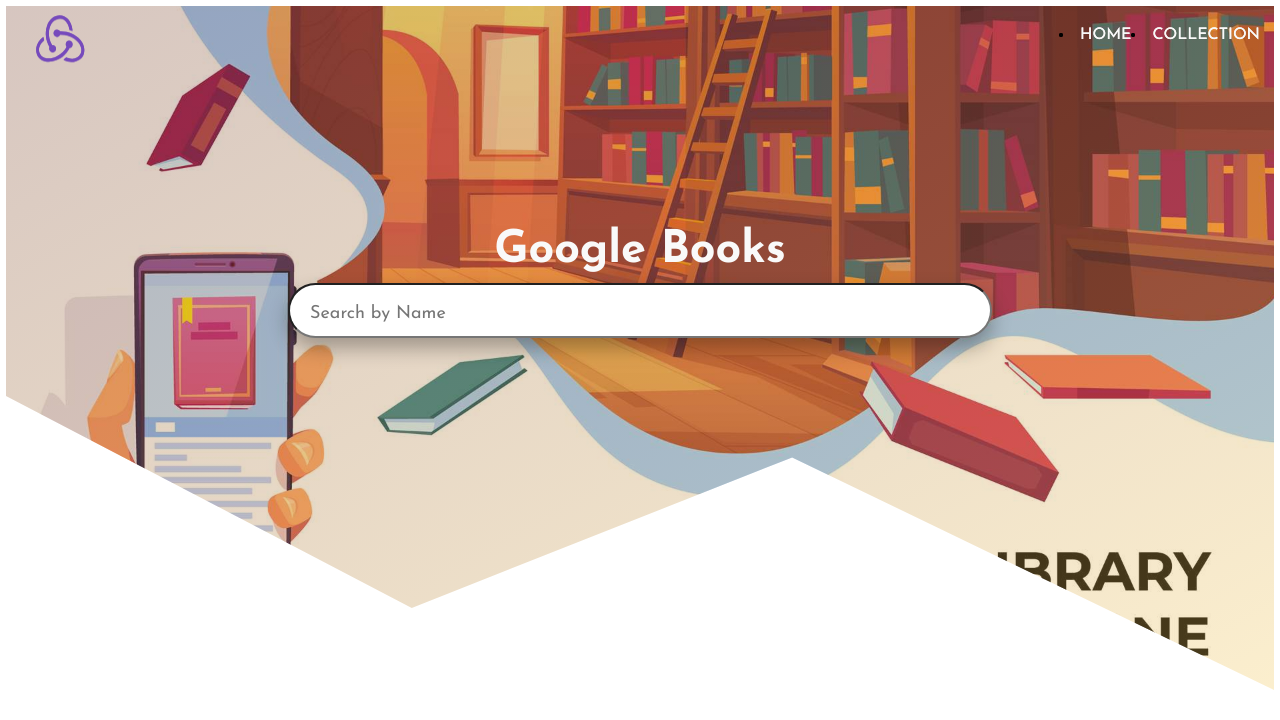
Repository: Kol124/react-book-library
Page: /
An editor plug-in stored every save of this project. The page is shown before and after the next save, followed by the edit.
The browser window is 1280 px wide. The pictures show the whole page.
The project was rebuilt for these pictures with package versions that can differ from the ones it lists, and the page was loaded fresh each time.

Above is the page before, as saved 2021-07-13 18:48:01.

After the next save:
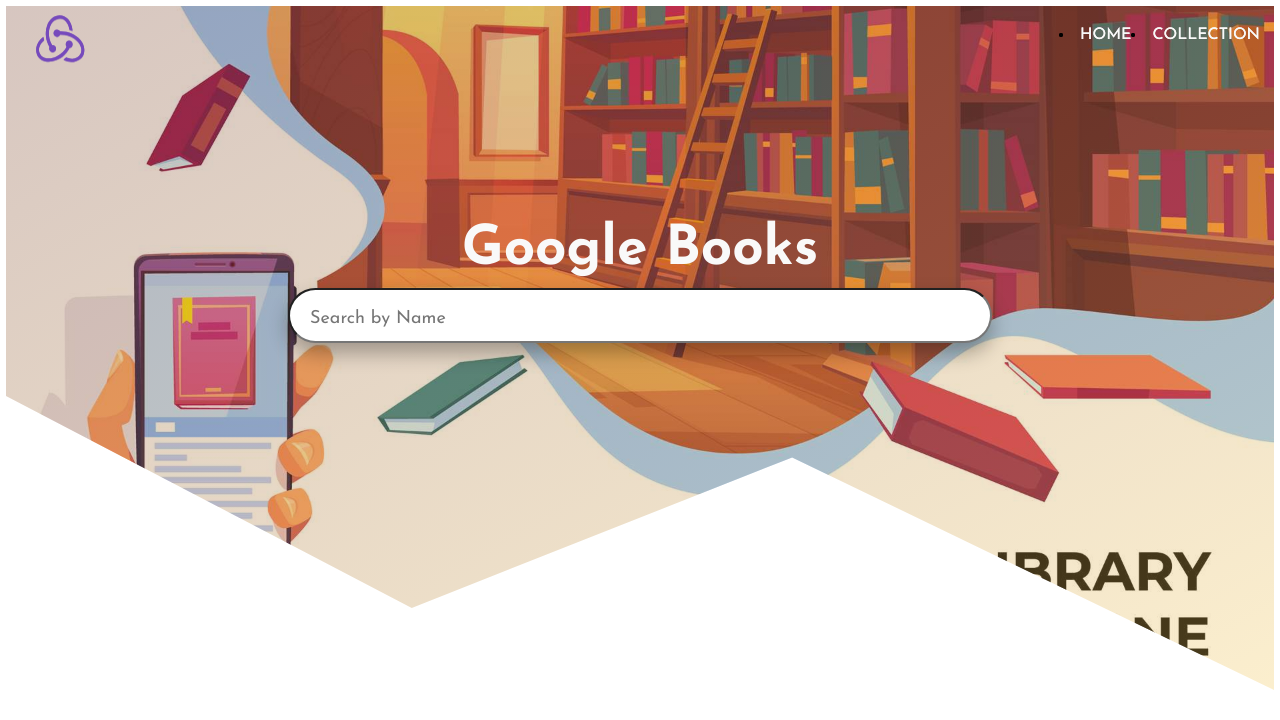
Saved 16 s later.
--- a/src/components/Home.js
+++ b/src/components/Home.js
@@ -25,7 +25,7 @@
 
 const Heading = styled.h1`
   text-align: center;
-  font-size: 4.5rem;
+  font-size: 5.5rem;
   color: #f9f9f9;
   margin-bottom: 1rem;
 `;
